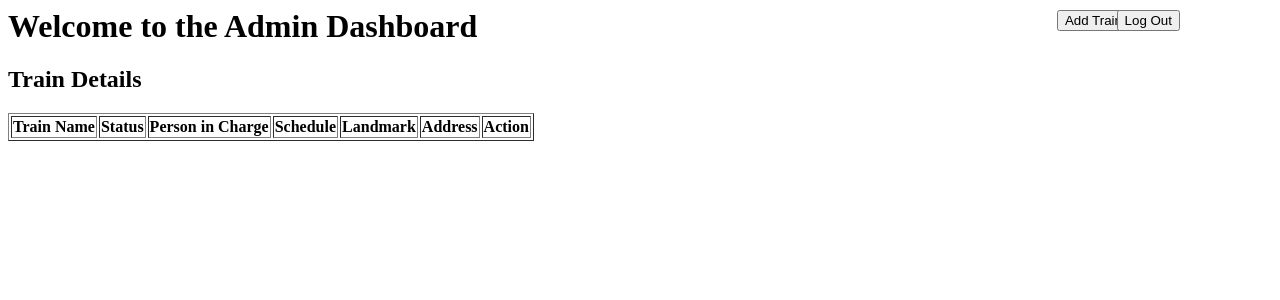
Repository: MohamedUmar083/Project_2
Page: http://localhost/Railway_Crossing_Status/admin-dashboard.jsp
An editor plug-in stored every save of this project. The page is shown before and after the next save, followed by the edit.
The browser window is 1280 px wide. The pictures show the whole page.
The page is served by Tomcat 10. Other server files are loaded and not shown. Queries for data that is not in the repository find no rows.

Above is the page before, as saved 2023-12-22 20:33:05.

### Railway Crossing Status/src/main/webapp/admin-dashboard.jsp
<%@ page import="java.sql.Connection" %>
<%@ page import="java.sql.DriverManager" %>
<%@ page import="java.sql.PreparedStatement" %>
<%@ page import="java.sql.ResultSet" %>
<%@ page import="java.sql.SQLException" %>
<%@ page contentType="text/html;charset=UTF-8" language="java" %>



<html>
<head>
    <title>Admin Dashboard</title>
</head>
<body>
    <!-- Add Train button -->
    <h1>Welcome to the Admin Dashboard</h1>
    <form action="add-train.jsp" method="get" style="position: absolute; top: 10px; right: 150px;">
        <input type="submit" value="Add Train">
    </form>
    <form action="logout.jsp" method="get" style="position: absolute; top: 10px; right: 100px;">
        <input type="submit" value="Log Out">
    </form>


    <h2>Train Details</h2>
     <table border="1">
        <thead>
            <tr>
                <th>Train Name</th>
                <th>Status</th>
                <th>Person in Charge</th>
                <th>Schedule</th>
                <th>Landmark</th>
                <th>Address</th>
                <th>Action</th>
            </tr>
        </thead>
        <tbody>
            <%
            try {
                // Database connection details
                String jdbcUrl = "jdbc:mysql://localhost:3306/railwayproject";
                String dbUsername = "root";
                String dbPassword = "Mohdumar@1011302";

                // Establish the database connection
                Class.forName("com.mysql.cj.jdbc.Driver");
                Connection connection = DriverManager.getConnection(jdbcUrl, dbUsername, dbPassword);

                // Query to retrieve available trains
                String sql = "SELECT * FROM trains";
                int i=0;
                try (PreparedStatement statement = connection.prepareStatement(sql);
                     ResultSet resultSet = statement.executeQuery()) {

                	while (resultSet.next()) {
                        String trainName = resultSet.getString("train_name");
                        String status = resultSet.getString("crossing_status");
                        String personInCharge = resultSet.getString("person_in_charge");
                        String schedule = resultSet.getString("train_schedule");
                        String landmark = resultSet.getString("landmark");
                        String address = resultSet.getString("address");

                        // Display train details in the table
            %>
                        <tr>
                             <td><%= trainName %></td>
            <td><%= status %></td>
            <td><%= personInCharge %></td>
            <td><%= schedule %></td>
            <td><%= landmark %></td>
            <td><%= address %></td>
            <td>
            <a href="update.jsp?id=<%=resultSet.getString("id")%>">
            <button type="button"  class="update">Update</button></a>

            <a href="delete.jsp?id=<%=resultSet.getString("id") %>">
            <button type="button"  class="delete">Delete</button></a></td>
                        </tr>
                        <%

                        i++;
                	}
                    }
                connection.close();

            } catch (ClassNotFoundException | SQLException e) {
                e.printStackTrace(); // Handle the exception appropriately in your application
            }
            %>
        </tbody>
    </table>

    <!-- Add any other admin-specific content here -->

</body>
</html>

After the next save:
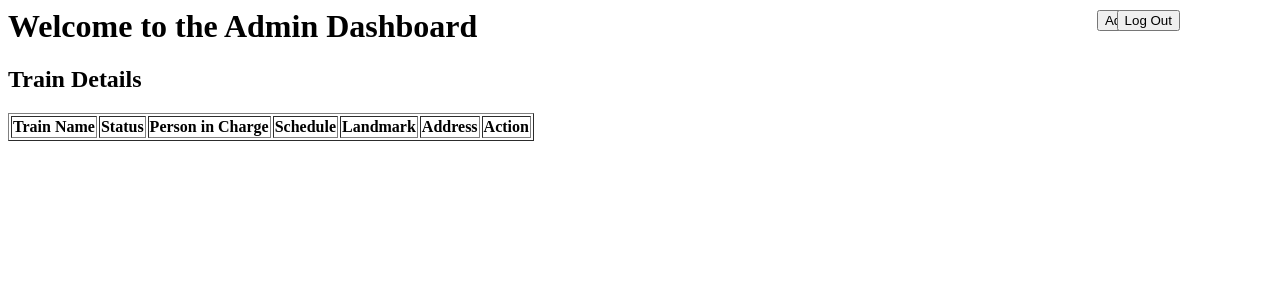
Saved 7 min 40 s later.
--- a/Railway Crossing Status/src/main/webapp/admin-dashboard.jsp
+++ b/Railway Crossing Status/src/main/webapp/admin-dashboard.jsp
@@ -14,7 +14,7 @@
 <body>
     <!-- Add Train button -->
     <h1>Welcome to the Admin Dashboard</h1>
-    <form action="add-train.jsp" method="get" style="position: absolute; top: 10px; right: 150px;">
+    <form action="add-train.jsp" method="get" style="position: absolute; top: 10px; right: 110px;">
         <input type="submit" value="Add Train">
     </form>
     <form action="logout.jsp" method="get" style="position: absolute; top: 10px; right: 100px;">
